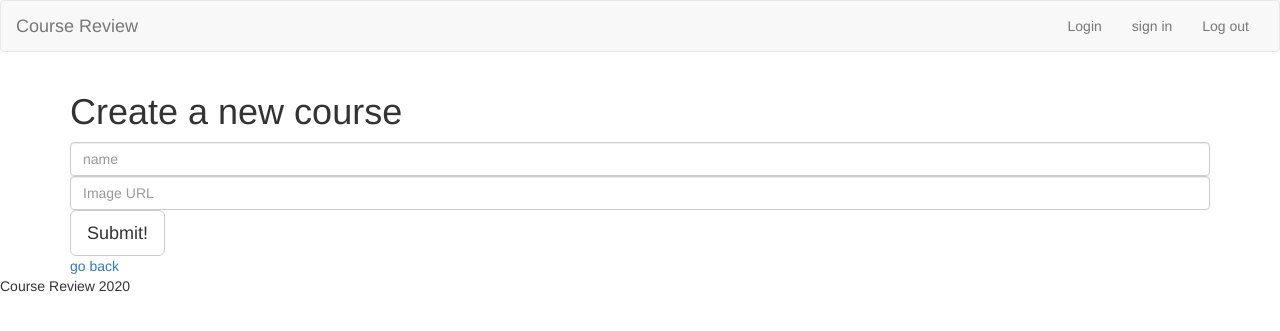
Repository: codewangg/CourseReview
Page: http://localhost/courses/new
An editor plug-in stored every save of this project. The page is shown before and after the next save, followed by the edit.
The browser window is 1280 px wide. The pictures show the whole page.
The page is served by the project's Node server (app.js).

Above is the page before, as saved 2020-08-15 18:43:37.

After the next save:
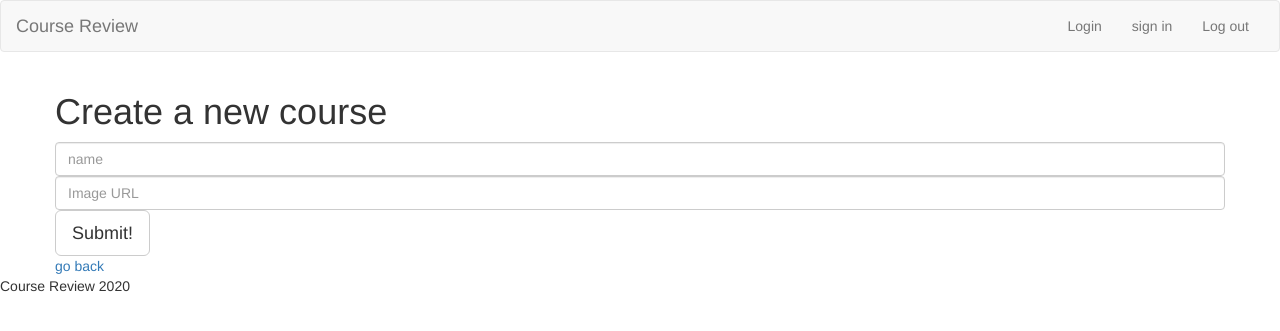
Saved 39 s later.
--- a/views/new.ejs
+++ b/views/new.ejs
@@ -1,14 +1,15 @@
 <%- include('partials/header')%>
 
 <div class="container">
+    <div class="row">
+        <h1>Create a new course</h1>
+        <form action="/courses" method="POST">
+            <input class="form-control" type="text" name="name" placeholder="name">
+            <input class="form-control" type="text" name="image" placeholder="Image URL">
+            <button class="btn btn-lg btn-default">Submit!</button>
+        </form>
 
-    <h1>Create a new course</h1>
-    <form action="/courses" method="POST">
-        <input class="form-control" type="text" name="name" placeholder="name">
-        <input class="form-control" type="text" name="image" placeholder="Image URL">
-        <button class="btn btn-lg btn-default">Submit!</button>
-    </form>
-
-    <a href="/courses">go back</a>
+        <a href="/courses">go back</a>
+    </div>
 </div>
 <%- include('partials/footer')%>
